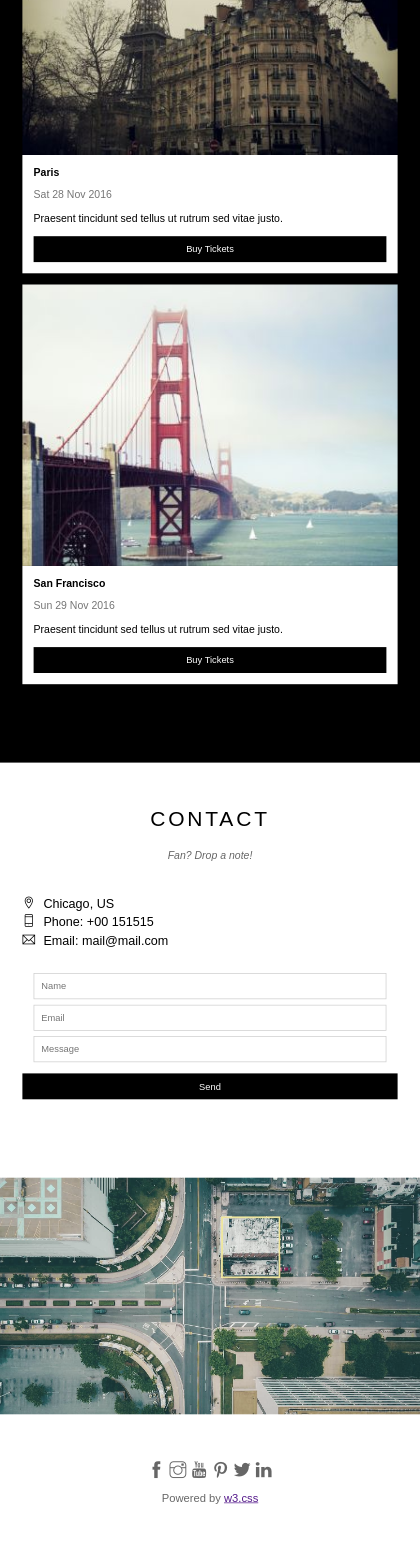
Repository: funboy13/webnew
Page: index.html
These files come from the project's save history. The page is drawn as it stood at one moment and after the next save; the edit follows.
The browser window is 600 px wide. The pictures show the part of the page from y = 3159 to 5399 px (the page is 5372 px tall before and 5399 px after), at 70% of full size.

Above is the page before, as saved 2021-08-21 15:01:55.

### index.html
<!DOCTYPE html>
<html lang="vi">
<head>
    <meta charset="UTF-8">
    <meta http-equiv="X-UA-Compatible" content="IE=edge">
    <meta name="viewport" content="width=device-width, initial-scale=1.0">
    <link rel="stylesheet" href="./assets/css/style.css">
    <link rel="stylesheet" href="./assets/css/responsive.css">
    <link rel="stylesheet" href="./assets/fonts/themify-icons/themify-icons.css">
    <title>W3-webfirst</title>
    <link rel=icon href="assets/img/logo.jpg" sizes="16x16" type="image/png">
</head>
<body>
    <div class="main">
        <div id="header" class="header">
            <ul id="nav">
                <li><a href="#">Home</a></li>
                <li><a href="#band">Band</a></li>
                <li><a href="#tour">Tour</a></li>
                <li><a href="#contact">Contact</a></li>
                <li>
                    <a href="#">
                        More
                        <i class="ti-arrow-circle-down"></i>
                    </a>
                    <ul class="subnav">
                        <li><a href="#">Merchandise</a></li>
                        <li><a href="#">Extras</a></li>
                        <li><a href="#">Media</a></li>
                    </ul>
                </li>
            </ul>
            <!-- search__btn  -->
            <div class="search-btn">
              <i class="ti-search"></i>
            </div>
            <div id="menu-mobile" class="menu__mobile--btn">
                <i class="ti-menu"></i>
            </div>
        </div>

        <div class="slider">
            <div class="text-content">
                <h2 class="text-heading">Chicago</h2>
                <div class="text-noidung"> <b>Thank you, Chicago - A night we won't forget</b>.</div>
            </div>
        </div>

        <div id="content">
            <!-- About -->
            <div id="band" class="content-section">
                <h2 class="section-heading">THE BAND</h2>
                <p class="section-sub-heading">We love music</p>
                <p class="about-text">We have created a fictional band website. Lorem ipsum dolor sit amet, consectetur adipiscing elit, sed do eiusmod tempor incididunt ut labore et dolore magna aliqua. Ut enim ad minim veniam, quis nostrud exercitation ullamco laboris nisi ut aliquip ex ea commodo consequat. Duis aute irure dolor in reprehenderit in voluptate velit esse cillum dolore eu fugiat nulla pariatur. Excepteur sint occaecat cupidatat non proident, sunt in culpa qui officia deserunt mollit anim id est laborum consectetur adipiscing elit, sed do eiusmod tempor incididunt ut labore et dolore magna aliqua. Ut enim ad minim veniam, quis nostrud exercitation ullamco laboris nisi ut aliquip ex ea commodo consequat.</p>
                <div class="row members-list">
                    <div class="member-item col col-third">
                        <p class="members-name">Name</p>
                        <img src="./assets/img/bandmember.jpg" alt="Name" class="menbers-img">
                    </div>
                    <div class="member-item col col-third">
                        <p class="members-name">Name</p>
                        <img src="./assets/img/bandmember.jpg" alt="Name" class="menbers-img">
                    </div>
                    <div class="member-item col col-third">
                        <p class="members-name">Name</p>
                        <img src="./assets/img/bandmember.jpg" alt="Name" class="menbers-img">
                    </div>

                </div>
            </div>

             <!-- Tour -->
             <div id="tour" class="tour-section">
                 <div class="content-section">
                    <h2 class="section-heading text-white">TOUR DATES</h2>
                    <p class="section-sub-heading text-white">Remember to book your tickets! </p>

                    <ul class="tickets-lists">
                        <li>September <span class="sout-out">Sold out</span></li>
                        <li>October <span class="sout-out">Sold out</span></li>
                        <li>November <span class="quantity">3</span></li>
                    </ul>
                    <div class="row place-list">
                        <div class="col col-third mt-16 s-col-ful">
                            <img src="./assets/img/newyork.jpg" alt="Newyork" class="place-img">
                            <div class="place-body">
                                <h3 class="place-heading">New York</h3>
                                <p class="place-time">Fri 27 Nov 2016</p>
                                <p class="place-desc">Praesent tincidunt sed tellus ut rutrum sed vitae justo.</p>
                                <button class="btn s-col-ful js-buy-ticket">Buy Tickets</button>
                            </div>
                        </div>
                            <div class="col col-third mt-16 s-col-ful">
                                <img src="./assets/img/paris.jpg" alt="Paris" class="place-img">
                                <div class="place-body">
                                    <h3 class="place-heading">Paris</h3>
                                    <p class="place-time">Sat 28 Nov 2016</p>
                                    <p class="place-desc">Praesent tincidunt sed tellus ut rutrum sed vitae justo.</p>
                                    <button class="btn s-col-ful js-buy-ticket">Buy Tickets</button>
                                </div>
                            </div>
                                <div class="col col-third mt-16 s-col-ful">
                                    <img src="./assets/img/sanfran.jpg" alt="San Francisco" class="place-img">
                                    <div class="place-body">
                                        <h3 class="place-heading">San Francisco</h3>
                                        <p class="place-time">Sun 29 Nov 2016</p>
                                        <p class="place-desc">Praesent tincidunt sed tellus ut rutrum sed vitae justo.</p>
                                        <button class="btn s-col-ful js-buy-ticket">Buy Tickets</button>
                                    </div>
                                </div>

                    </div>
                 </div>
             </div>

              <!-- Contact -->
              <div id="contact" class="content-section">
                <h2 class="section-heading">CONTACT</h2>
                <p class="section-sub-heading">Fan? Drop a note!</p>
                <div class="row contact-content">
                    <div class="col col-half s-col-ful contact-info">
                        <p><i class="ti-location-pin"></i>Chicago, US</p>
                        <p><i class="ti-mobile"></i>Phone: +00 151515</p>
                        <p><i class="ti-email"></i>Email: mail@mail.com</p>

                    </div>
                    <div class="col col-half s-col-ful contact-form">
                        <form action="">
                            <div class="row">
                                <div class="col col-half s-col-ful">
                                    <input type="text" name="" placeholder="Name" required id="" class="form-control">
                                </div>
                                <div class="col col-half s-col-ful s-mt-8">
                                    <input type="email" name="" placeholder="Email" required id="" class="form-control">
                                </div>
                            </div>
                            <div class="row mt-8">
                                <div class="col col-full">
                                    <input type="text" name="" placeholder="Message" required id="" class="form-control">
                                </div>
                            </div>
                            <input type="submit" class="btn s-ful-width form-submit mt-16" value="Send">
                        </form>
                    </div>
                </div>
             </div>

             <div class="map-section">
                 <img src="./assets/img/map.jpg" alt="map">
             </div>
        </div>

        <div class="footer">
            <div class="socials-list">
                <a href=""><i class="ti-facebook" ></i></a>
                <a href=""><i class="ti-instagram" ></i></a>
                <a href=""><i class="ti-youtube" ></i></a>
                <a href=""><i class="ti-pinterest" ></i></a>
                <a href=""><i class="ti-twitter-alt" ></i></a>
                <a href=""><i class="ti-linkedin" ></i></a>
            </div>
            <p class="copyright">Powered by <a href=""> w3.css</a></p>
        </div>
    </div>
 <!-- modal ticket  -->
    <div class="modal js-modal">
        <div class="modal-container js-modal-container">
            <div class="modal-close js-modal-close">
                <i class="ti-close"></i>
            </div>
            <hearder class="modal-hearder">
                <i class="modal-icon ti-bag"></i>
                Tickets
            </hearder>
            <div class="modal-body">
                <label for="tickket-q" class="modal-label">
                    <i class="ti-shopping-cart"></i>
                    Tickets, $15 per person
                </label>
                <input id="tickket-q" type="text" class="modal-input" placeholder="How many?">

                <label for="tickket-email" class="modal-label">
                    <i class="ti-user"></i>
                    Send To
                </label>
                <input id="tickket-email" type="email" class="modal-input" placeholder="Enter email">
                <button id="buy-tickets">Pay
                    <i class="ti-check"></i>
                </button>
                <footer class="modal-footer">
                    <p class="modal-help">
                        Need <a href="">help?</a>
                    </p>
                </footer>
            </div>
        </div>
    </div>
    <!-- button buy ticket  -->
    <script>
        const buyBtns =document.querySelectorAll('.js-buy-ticket')
        const modal = document.querySelector('.js-modal')
        const modalClose = document.querySelector('.js-modal-close')
        const  modalContainer = document.querySelector('.js-modal-container')

        function showBuyTickets () {
            modal.classList.add('open')
        }

        function hideBuyTickets () {
            modal.classList.remove('open')
        }

        for (const buyBtn of buyBtns) {
            buyBtn.addEventListener('click',  showBuyTickets)
        }

        modalClose.addEventListener('click',  hideBuyTickets )
        modal.addEventListener('click',  hideBuyTickets)
        modalContainer.addEventListener('click', function (event) {
            event.stopPropagation()
        })


    </script>
    <!-- menu__btn  -->
    <script>
        var  header =   document .getElementById('header');
        var  mobileMenu  =   document .getElementById('menu-mobile');
        var headerHeight = header.clientHeight;
        // đóng mở menu
        mobileMenu.onclick = function () {
            var isClose = header.clientHeight === headerHeight ;
            if (isClose) {
                header.style.height = 'auto';
            }else{
                header.style.height = null;
            }
        }
        // tự đóng khi chọn menu
        var menuItems = document.querySelectorAll(' #nav li a[href*="#"]');
        for (var i = 0 ;  i < menuItems.length; i++) {
            var menuItem = menuItems[i];
            menuItem.onclick = function (event) {
                var isParentMenu = this.nextElementSibling && this.nextElementSibling.classList.contains('subnav');
                if(isParentMenu){
                    event.preventDefault();
                }else{
                    header.style.height = null;
                }
            }
        }
    </script>
</body>
</html>

### assets/css/style.css
*{
    padding: 0;
    margin: 0;
    box-sizing: border-box;
}

html{
    scroll-behavior: smooth;
    font-family:Arial, Helvetica, sans-serif ;
}

.clear{
    clear: both;
}

.text-white{
    color: #fff;
}

.row{
    margin-left: 8px;
    margin-right: 8px;
}

.row::after{
    content: "";
    display: block;
    clear: both;
}

.col{
    float: left;
    padding: 0 8px;
}

.col-full{
    width: 100%;
}

.col-half{
    width: 50%;
}

.col-third{
    width:  calc(100% / 3);
}

.mt-8{
    margin-top: 8px !important;
}

.mt-16{
    margin-top: 16px !important;
}

.btn{
    color: #fff;
    background:#000;
    text-decoration: none;
    padding: 11px 21px;
    display: inline-block;
    margin-top: 15px;
    border: none;
}

.btn:hover{
    cursor: pointer;
    color: #000;
    background: #ccc;
}

/* MAIN */
.main{


}

.header{
    position: fixed;
    z-index: 1;
    top:0;
    left:0;
    right: 0;
    height: 46px;
    background-color: #000;
}

#nav{
    display: inline-block;
}

#nav, .subnav{
     list-style-type: none;

}

#nav >li{
    display: inline-block;
}

#nav li{

    position: relative;
}

#nav >li >a{
    color: #fff;
    text-transform: uppercase;

}

#nav li a {

    text-decoration:none;
    line-height: 46px;
    padding: 0 24px;
    display: block;
}

#nav li:hover .subnav{
    display: block;
}

#nav >li:hover >a,
#nav .subnav li:hover a{
    color: #000;
    background-color: #ccc;
}

#nav .subnav{
    display: none;
    min-width: 160px;
    top: 100%;
    left: 0;
    position: absolute;
    background-color: #fff;
    box-shadow: 0 0 10px rgba(0,0, 0, 0.5) ;
}

#nav .subnav a {
    color: #000;
    padding:0 12px;
    line-height: 38px;
}
.header .menu__mobile--btn{
    position: fixed;
    top:0;
    right: 0;
    display:none;
}

.header .menu__mobile--btn,
.header .search-btn{
    line-height: 46px;
    color: #fff;
    float: right;
    padding: 0 21px;
    cursor: pointer;

}
.header .search-btn:hover{
     background-color: #f44336;
}

.header .menu__mobile--btn:hover{
    background-color: #ccc;
    color: #000;
}

.slider{
    margin-top: 46px;
    padding-top: 50%;
    background: url("../img/chicago.jpg") top center / cover no-repeat;
    position: relative;
}

.slider .text-content{
    position: absolute;
    color: #fff;
    bottom: 47px;
    width: 100%;
    text-align: center;
}

.slider .text-heading{
    font-weight: 500;
    font-size: 24px;
}
.slider .text-noidung{
    font-size: 15px;
    margin-top: 25px;
}

#content{
}

#content .content-section{
    width: 800px;
    max-width: 100%;
    padding: 64px 0 112px;
    margin-left: auto;
    margin-right: auto;
    padding-left: 16px;
    padding-right: 16px;
}

#content .section-heading{
    text-align: center;
    font-weight: 500;
    font-size: 30px;
    letter-spacing: 4px;
}
#content .section-sub-heading{
    text-align: center;
    font-size: 15px;
    margin-top: 25px;
    font-style: italic;
    opacity: 0.6;
}

#content .about-text{
    margin-top: 25px;
    font-size: 15px;
    text-align: justify;
    line-height: 1.5;
}

#content .members-list{
    margin-top: 47px;
    text-align: center;
}

#content .members-name{
    font-size: 15px;
}

#content .menbers-img{
    width: 154px;
    margin-top: 15px;
    border-radius: 5px;
}
/* tour */

.tour-section{
    background: #000;
}

.tickets-lists{
    background: #fff;
    margin: 40px 16px;
    list-style: none;
}

.tickets-lists li{
    font-size: 15px;
    padding: 11px 16px;
    border-bottom: 1px solid #ddd;
    color: #757575;
}

.tickets-lists .sout-out{
    background:#f44336 ;
    color: #fff;
    padding: 3px 4px;
    margin-left: 16px;
}

.tickets-lists .quantity{
    float: right;
    width: 24px;
    height: 24px;
    background: #000;
    color: #fff;
    border-radius: 50%;
    text-align: center;
    line-height: 24px;
    margin-top: -2px;
}
.place-list{
    margin-top: 16px;
}

.place-img{
    width: 100%;
    display: block;
}

.place-img:hover{
    opacity: 0.6;
}
.place-body{
    font-size: 15px;
    padding: 16px;
    background-color: #fff;
}
.place-heading{
    font-size: 15px;

}
.place-time{
    margin-top: 15px;
    color: #757575;
}
.place-desc{
    margin-top: 15px;
    line-height: 1.4;
}


/* contact */

.contact-content{
    margin-top: 48px;
}

.contact-info{
    font-size: 18px;
    line-height: 1.5;
}

.contact-info i {
    width:30px;
    display: inline-block;
}

.contact-form{
    font-size: 15px;
}

.contact-form .form-control{
    padding: 10px;
    border: 1px solid #ccc;
    width: 100%;
}

.contact-form .form-submit{
    float: right;
    margin-right: 15px;
}

.map-section img{
    width: 100%;
   filter: grayscale(50%);
}

 .footer{
    padding: 64px 16px;
    text-align: center;
}

.footer .socials-list{
    font-size: 24px;
}

.footer .socials-list a{
    color: rgba(0,0, 0, 0.6);
    text-decoration: none;
}

.footer .socials-list a :hover{
    opacity: 0.4;
}

.footer .copyright{
    color: rgba(0,0, 0, 0.6);
    margin-top: 15px;
}
.modal{
    position: fixed;
    top: 0;
    right: 0;
    bottom: 0;
    left: 0;
    background:rgba(0, 0, 0, 0.4);
    display: none;
    align-items: center;
    justify-content: center;
}

.modal-container{
    background: #fff;
    width: 900px;
    min-height: 200px;
    position: relative;
    max-width: calc(100% - 32px);
    animation: modalFaceIn ease 0.5s;
}

 .modal-hearder{
    background: #009688;
    height: 130px;
    display: flex;
    align-items: center;
    justify-content: center;
    font-size: 30px;
    color: #fff;
}

.modal-icon{
    margin-right: 16px;
}

.modal-close{
    position: absolute;
    right:0;
    top: 0;
    color:#fff;
    padding: 12px;
    cursor: pointer;
    opacity: 0.8;
}
.modal-close:hover{
    opacity: 1;
}

.modal-body{
    padding:16px ;
}

.modal-label{
    display: block;
    font-size: 15px;
    margin-bottom: 12px;
}

.modal-input{
    border: 1px solid #ccc;
    width: 100%;
    padding: 10px;
    font-size: 15px;
    margin-bottom: 24px;
}

#buy-tickets{
    background: #009688;
    border:none;
    color: #fff;
    width: 100%;
    font-size: 15px;
    text-transform: uppercase;
    padding: 18px;
    cursor: pointer;
}

#buy-tickets:hover{
    opacity: 0.9;
}

.modal-footer{
    padding: 16px;
    text-align: right;
}

.modal-footer a{
    color:#2196F3 ;
}

.modal.open {
    display: flex ;
}

@keyframes modalFaceIn {
    from{
        transform: translateY(-200px);
        opacity: 0;
        }
    to{
        transform:translateY(0px);
        opacity: 1;
    }
}

### assets/css/responsive.css
/* mobile  */
@media  (max-width : 740px) {
    .s-ful-width,
    .s-col-ful{
        width: 100%;
    }
    .s-mt-8{
        margin-top: 8px;
    }
    #nav {
        display: block;
    }
    #nav >li{
        display: block;
    }
    #nav >li a{
        padding: 1px 24px;
    }
    #nav> li:first-child {
        display: inline-block;
    }

    #nav .subnav{
        position: initial;
        background-color: #333;
    }
    #nav .subnav a {
        color: #fff;
        padding: 5px 41px;
    }
    .header{
        overflow: hidden;
    }
    .header .menu__mobile--btn{
        display:block;
    }
    .header .search-btn{
        display: none;
    }
    #content .member-item{
        margin-top: 30px;
        width: 100%;
    }
    #content .menbers-img{
        width:60%;
    }
    .contact-form{
        margin-top: 32px;
        line-height: 2;
    }
    .contact-form .form-submit{
        float: none;
    }
}

Loaded but not shown: assets/fonts/themify-icons/themify-icons.css (common file)

After the next save:
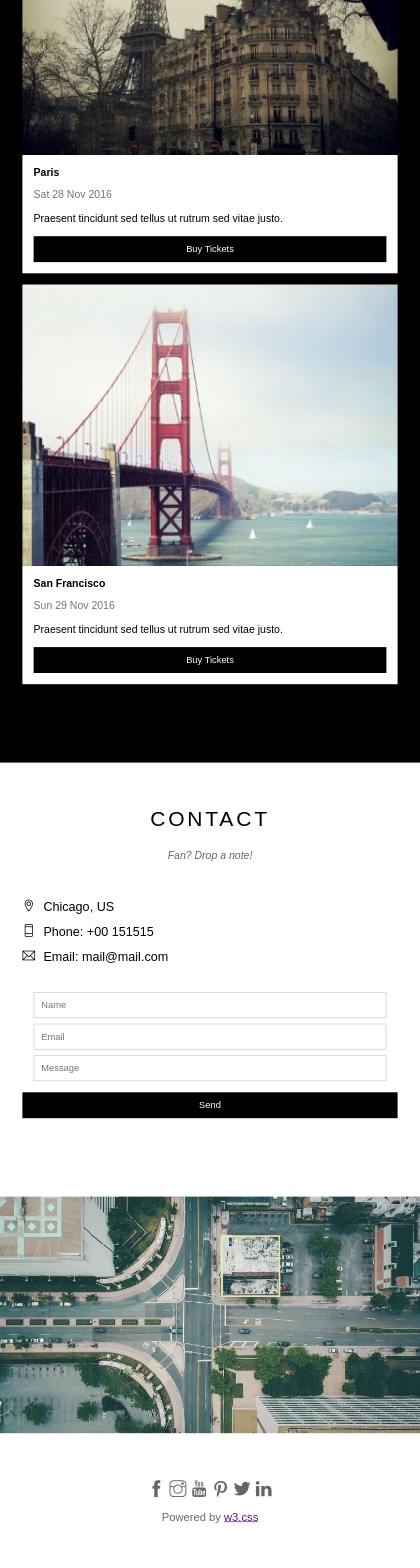
Saved 90 s later.
--- a/assets/css/responsive.css
+++ b/assets/css/responsive.css
@@ -46,9 +46,12 @@
     }
     .contact-form{
         margin-top: 32px;
-        line-height: 2;
     }
     .contact-form .form-submit{
         float: none;
     }
+    .contact-info{
+        line-height: 2;
+
+    }
 }
